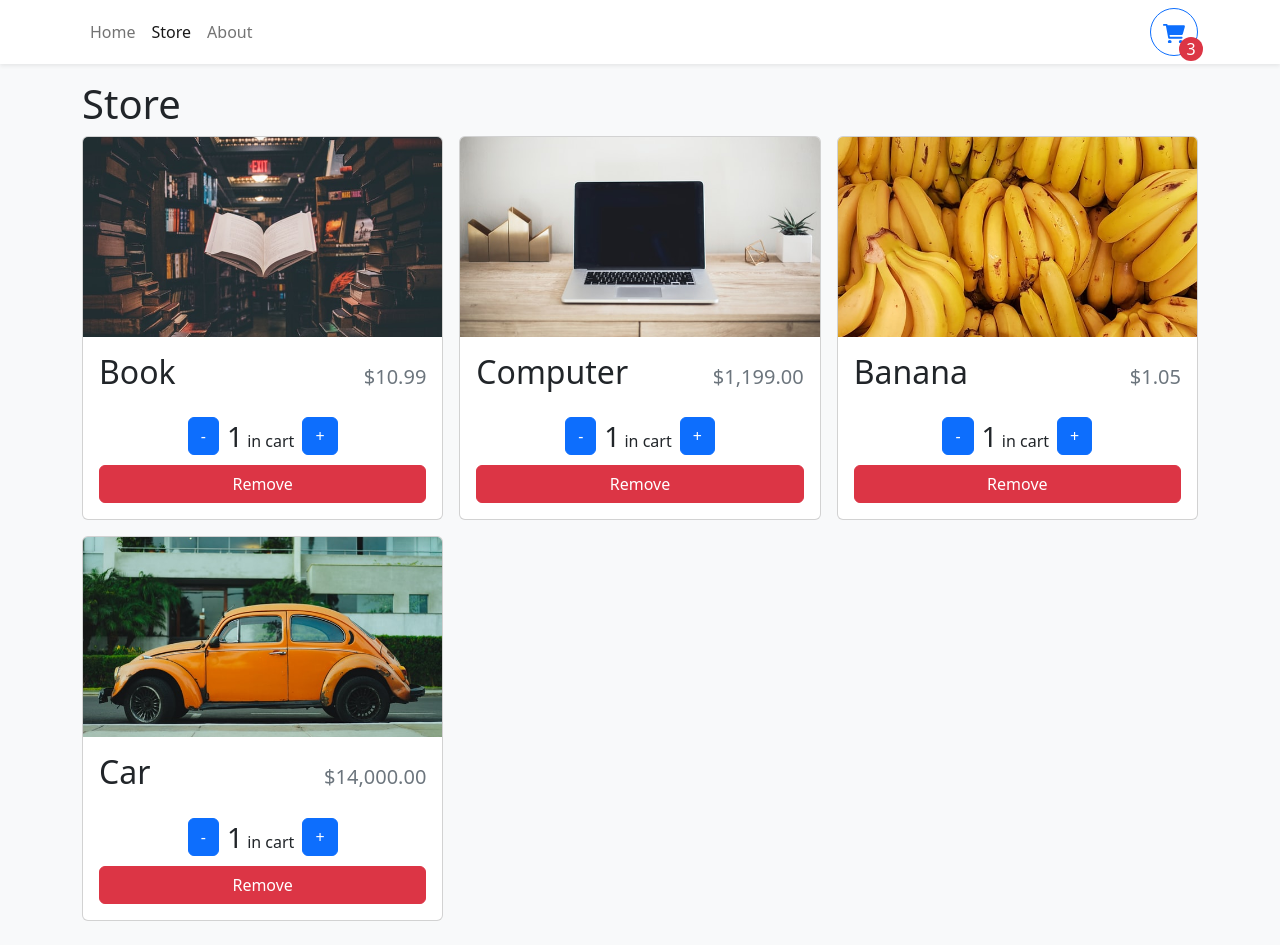
Repository: MoNasr2022/shopping-cart
Page: /store
An editor plug-in stored every save of this project. The page is shown before and after the next save, followed by the edit.
The browser window is 1280 px wide. The pictures show the whole page.
The project was rebuilt for these pictures with package versions that can differ from the ones it lists, and the page was loaded fresh each time. Also part of the build but not shown: vite.config.ts, src/pages/Home.tsx, src/pages/About.tsx.

Above is the page before, as saved 2023-04-17 23:04:53.

### index.html
<!DOCTYPE html>
<html lang="en">
  <head>
    <meta charset="UTF-8" />
    <link rel="icon" type="image/svg+xml" href="/vite.svg" />
    <meta name="viewport" content="width=device-width, initial-scale=1.0" />
    <title>Nasr Shopping Cart</title>
  </head>
  <body class="bg-light">
    <div id="root"></div>
    <script type="module" src="/src/main.tsx"></script>
  </body>
</html>

### src/App.tsx
import { Routes, Route } from "react-router-dom";
import { Container } from "react-bootstrap";
import Home from "./pages/Home";
import Store from "./pages/Store";
import About from "./pages/About";
import Navbar from "./components/Navbar";

function App() {
  return (
    <>
      <Navbar />
      <Container className="mb-4">
        <Routes>
          <Route path="/" element={<Home />} />
          <Route path="/store" element={<Store />} />
          <Route path="/about" element={<About />} />
        </Routes>
      </Container>
    </>
  );
}

export default App;

### src/pages/Store.tsx
import StoreItems from "../components/StoreItems";
import storeItems from "../data/items.json";
import { Row, Col } from "react-bootstrap";

export default function Store() {
  return (
    <>
      <h1>Store</h1>
      <Row md={2} xs={1} lg={3} className="g-3">
        {storeItems.map((item) => (
          <Col key={item.id}>
            <StoreItems {...item} />
          </Col>
        ))}
      </Row>
    </>
  );
}

### src/components/Navbar.tsx
import { Navbar as NavbarB } from "react-bootstrap";
import { Container, Nav, Button } from "react-bootstrap";
import { NavLink } from "react-router-dom";

export default function Navbar() {
  return (
    <NavbarB className="bg-white shadow-sm mb-3 " sticky="top">
      <Container>
        <Nav className="me-auto">
          <Nav.Link as={NavLink} to="/">
            Home
          </Nav.Link>
          <Nav.Link as={NavLink} to="/store">
            Store
          </Nav.Link>
          <Nav.Link as={NavLink} to="/about">
            About
          </Nav.Link>
        </Nav>
        <Button
          className=" rounded-circle"
          variant="outline-primary"
          style={{ position: "relative", width: "3rem", height: "3rem" }}
        >
          <svg

            xmlns="http://www.w3.org/2000/svg"
            viewBox="0 0 576 512"
            fill="currentColor"
          >
            <path d="M96 0C107.5 0 117.4 8.19 119.6 19.51L121.1 32H541.8C562.1 32 578.3 52.25 572.6 72.66L518.6 264.7C514.7 278.5 502.1 288 487.8 288H170.7L179.9 336H488C501.3 336 512 346.7 512 360C512 373.3 501.3 384 488 384H159.1C148.5 384 138.6 375.8 136.4 364.5L76.14 48H24C10.75 48 0 37.25 0 24C0 10.75 10.75 0 24 0H96zM128 464C128 437.5 149.5 416 176 416C202.5 416 224 437.5 224 464C224 490.5 202.5 512 176 512C149.5 512 128 490.5 128 464zM512 464C512 490.5 490.5 512 464 512C437.5 512 416 490.5 416 464C416 437.5 437.5 416 464 416C490.5 416 512 437.5 512 464z" />
          </svg>

          <span
            className="position-absolute  bg-danger rounded-circle"
            style={{
              color: "white",
              bottom: 0,
              right: 0,
              transform: "translate(25%, 25%)",
              width: "1.5rem",
              height: "1.5rem",

              display: "flex",
              justifyContent: "center",
              alignItems: "center",
            }}
          >
            3
          </span>
        </Button>
      </Container>
    </NavbarB>
  );
}

### src/components/StoreItems.tsx
import { Button, Card } from "react-bootstrap";
import { formatCurrency } from "../utilities/formatCurrency";

type StoreItemsProps = {
  id: number;
  name: string;
  price: number;
  imgUrl: string;
};

function StoreItems({ id, name, price, imgUrl }: StoreItemsProps) {
  const quantity = 1;
  return (
    <Card className="h-100">
      <Card.Img
        variant="top"
        src={imgUrl}
        height="200px"
        style={{ objectFit: "cover" }}
      />
      <Card.Body className="d-flex flex-column">
        <Card.Title className="d-flex justify-content-between align-items-baseline mb-4 ">
          <span className="fs-2">{name}</span>
          <span className="ms-2 text-muted">{formatCurrency(price)}</span>
        </Card.Title>
        <div className="mt-auto">
          {quantity === 0 ? (
            <Button className="btn btn-primary w-100">+ Add to Cart</Button>
          ) : (
            <div
              className="d-flex flex-column align-items-center"
              style={{ gap: ".5rem" }}
            >
              <div
                className="d-flex justify-content-center align-items-center"
                style={{ gap: ".5rem" }}
              >
                <Button>-</Button>
                <div>
                  <span className="fs-3">{quantity}</span> in cart
                </div>
                <Button>+</Button>
              </div>
              <Button variant="danger" className="btn btn-primary w-100">Remove</Button>
            </div>
          )}
        </div>
      </Card.Body>
    </Card>
  );
}

export default StoreItems;

### src/utilities/formatCurrency.ts
const CURRENCY_FORMATTER = new Intl.NumberFormat(undefined, {
    style: 'currency',
    currency: 'USD',
})

export function formatCurrency (number: number){
  return  CURRENCY_FORMATTER.format(number)
};

Loaded but not shown: src/main.tsx (common file); src/data/items.json (common file)

After the next save:
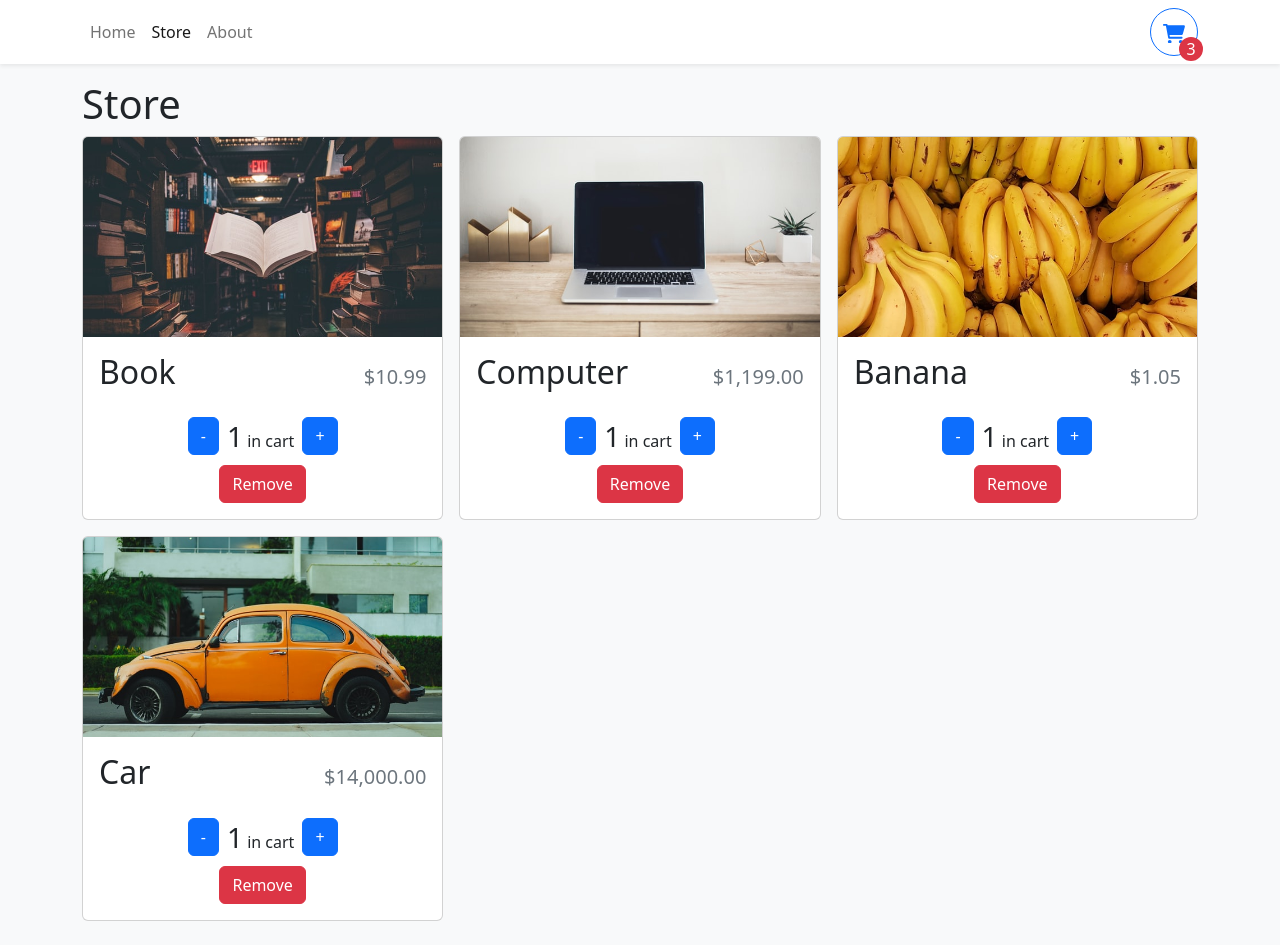
Saved 7 s later.
--- a/src/components/StoreItems.tsx
+++ b/src/components/StoreItems.tsx
@@ -41,7 +41,7 @@ function StoreItems({ id, name, price, imgUrl }: StoreItemsProps) {
                 </div>
                 <Button>+</Button>
               </div>
-              <Button variant="danger" className="btn btn-primary w-100">Remove</Button>
+              <Button variant="danger" className="btn btn-primary ">Remove</Button>
             </div>
           )}
         </div>
